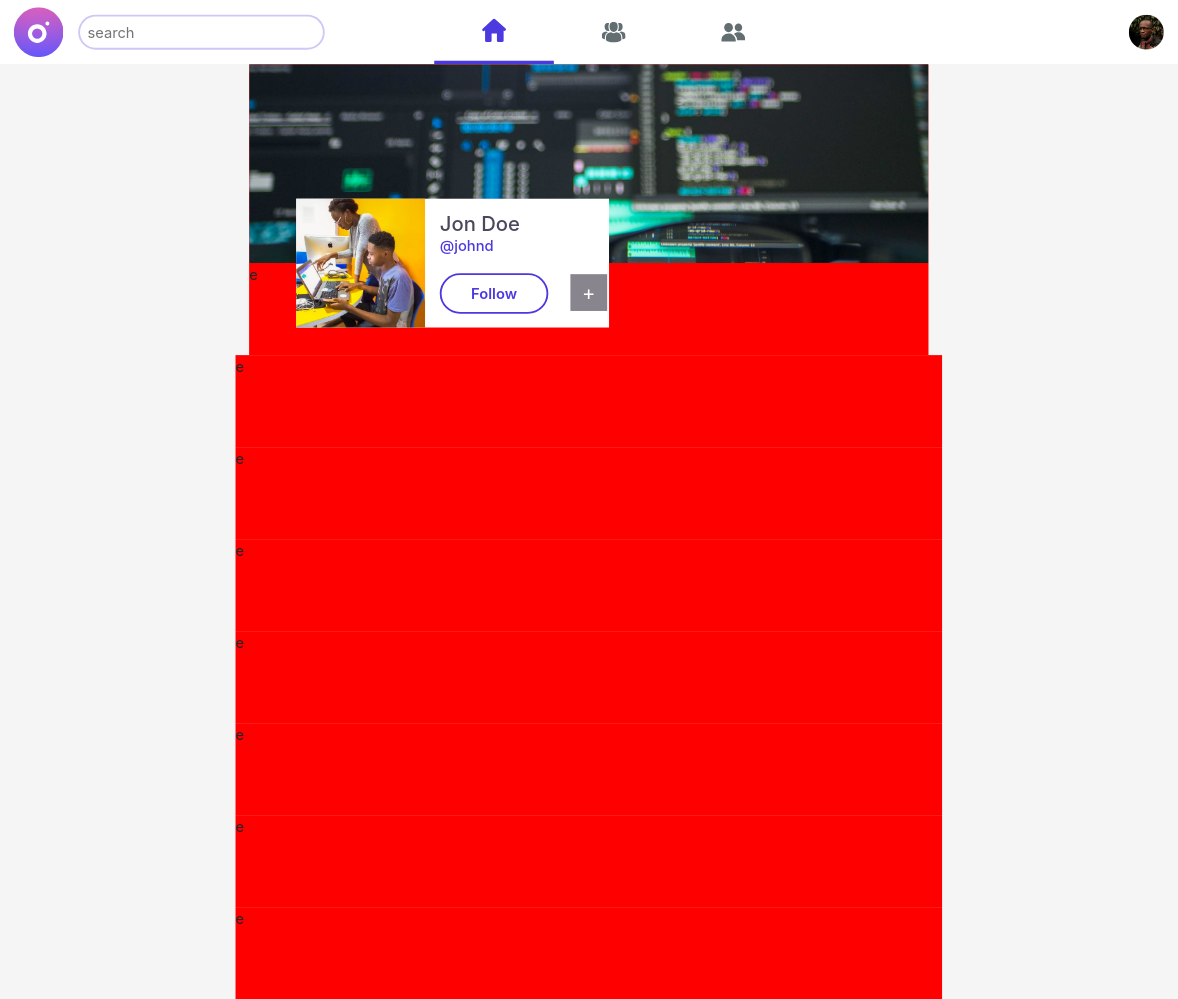
Repository: Flovet-stack/memic
Page: admin-profile.html
These files come from the project's save history. The page is drawn as it stood at one moment and after the next save; the edit follows.
The browser window is 1280 px wide. The pictures show the whole page, at 92% of full size.
Some web fonts or font styles are not loaded; a fallback is used.

Above is the page before, as saved 2020-10-27 23:51:07.
Console error: TypeError: Cannot read properties of undefined (reading 'fn')

After the next save:
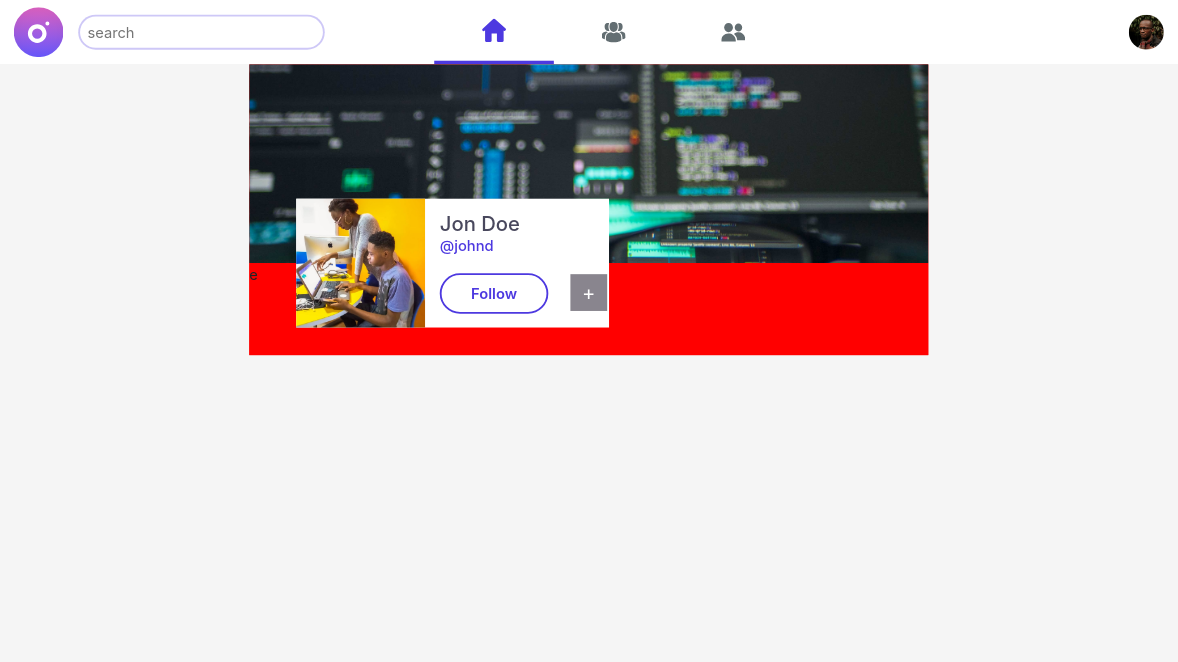
Saved 9 s later.
--- a/admin-profile.html
+++ b/admin-profile.html
@@ -66,16 +66,9 @@
                             </div>
                             <button class="change-cover-btn">+</button>
                         </div>
-                        <div class="profile-stat">e</div>
+                    <div class="profile-stat">e</div>
                     </div>
                 </div>
-                <div class="profile-stat">e</div>
-                <div class="profile-stat">e</div>
-                <div class="profile-stat">e</div>
-                <div class="profile-stat">e</div>
-                <div class="profile-stat">e</div>
-                <div class="profile-stat">e</div>
-                <div class="profile-stat">e</div>
             </div>
         </div>
     </div>
